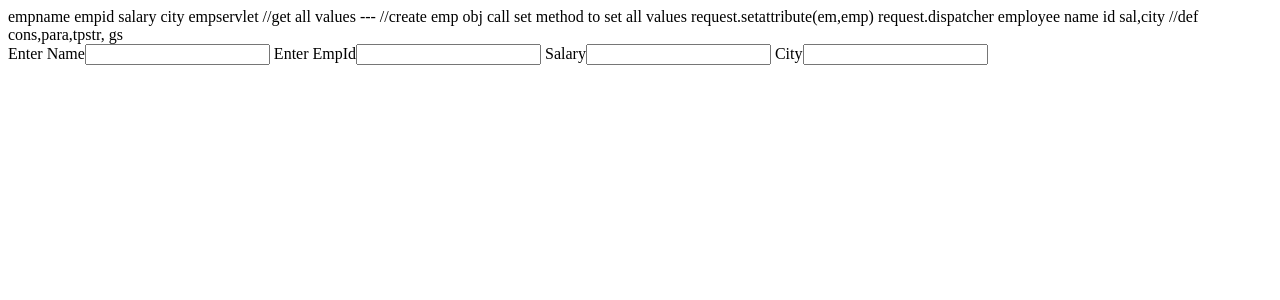
Repository: Kavya-C1/eclipsejava
Page: http://localhost/EmployeeAppMaven/
The author's editor kept a copy of each file at every save. The page is drawn from the files as they stood at one save, then again after the next save.
The browser window is 1280 px wide. The pictures show the whole page.
The page is served by Tomcat 9. Nobody is signed in. The application's start-up code is not run.

Above is the page before, as saved 2024-03-14 10:05:27.

After the next save:
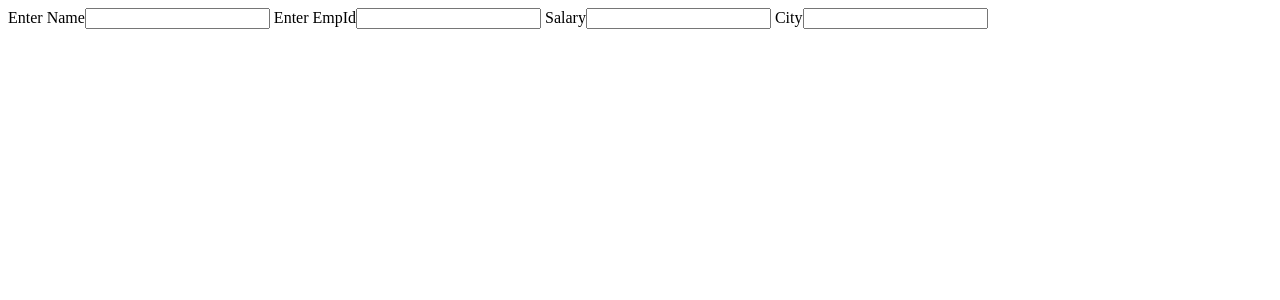
Saved 16 s later.
--- a/EmployeeAppMaven/src/main/webapp/index.jsp
+++ b/EmployeeAppMaven/src/main/webapp/index.jsp
@@ -7,30 +7,6 @@
 <title>Insert title here</title>
 </head>
 <body>
-
-
-
-empname
-empid
-salary
-city
-
-
-empservlet
-//get all values
----
-//create emp obj
-call set method to set all values
-request.setattribute(em,emp)
-request.dispatcher
-
-employee
-name
-id
-sal,city
-
-//def cons,para,tpstr, gs
-
 
 <form action="employeeServlet">
 Enter Name<input type="text" name="employeeName">
